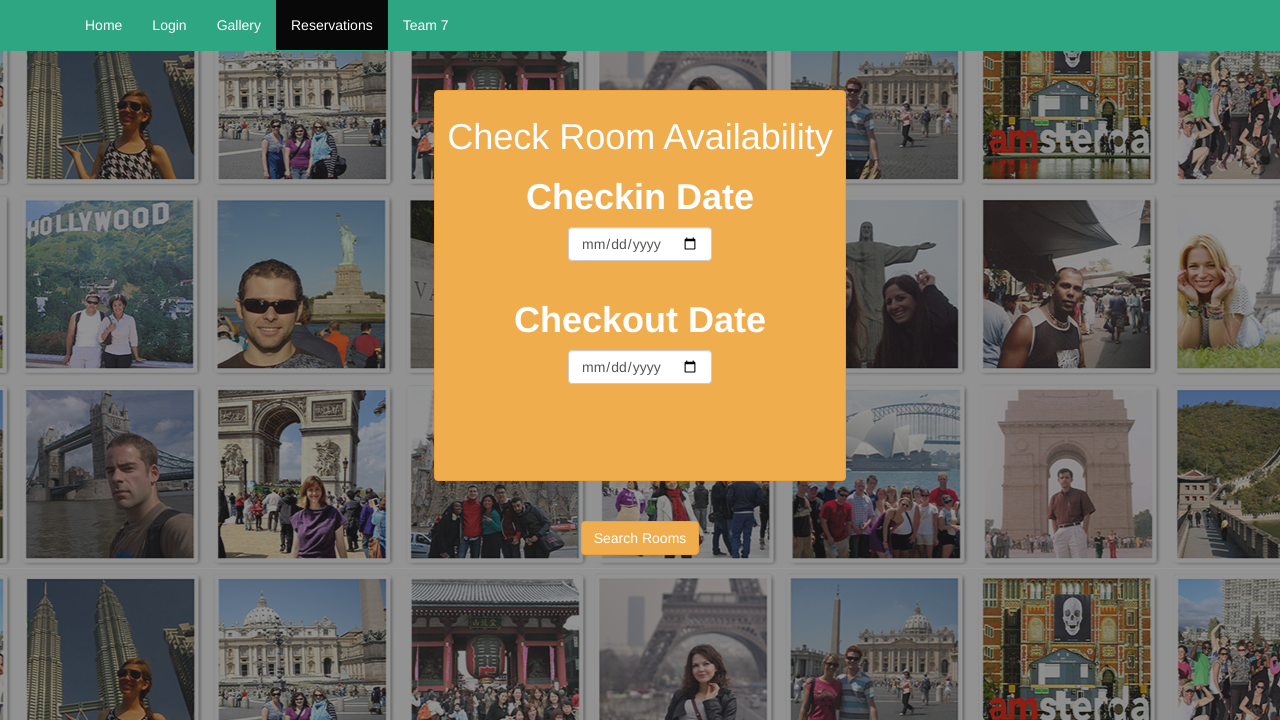
Repository: arjunshukla/CMPE-275_Team-07_Term-Project_Mini-Hotel-Manager
Page: NodeJS_webapp/client/chart.html
The author's editor kept a record of every edit. The page is drawn from the files as they stood at one moment, then again after the next edit.
The browser window is 1280 px wide. The pictures show the whole page.
Some web libraries are served in a nearby version.

Above is the page before.

After the next edit:
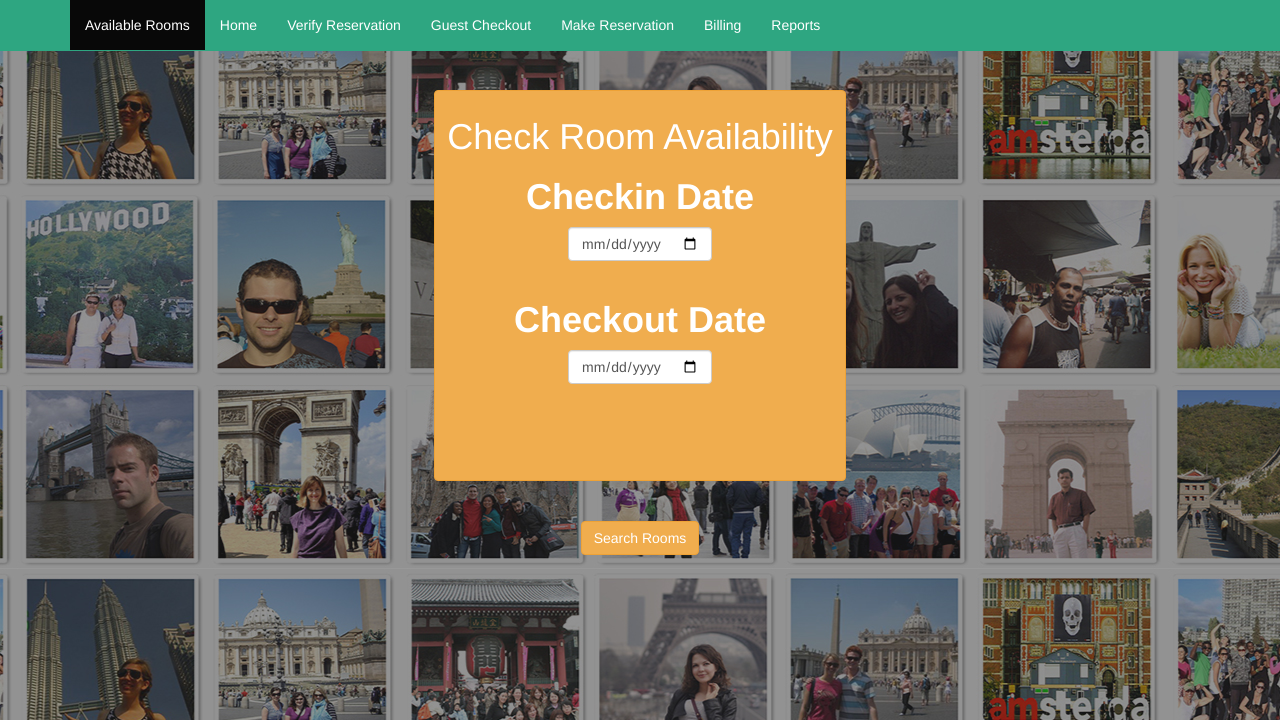
The edit:
--- a/NodeJS_webapp/client/chart.html
+++ b/NodeJS_webapp/client/chart.html
@@ -37,12 +37,13 @@
             </div>
             <div id="navbar" class="collapse navbar-collapse">
                 <ul class="nav navbar-nav">
-                    <li><a href="index.html">Home</a></li>
-                    <li><a href="login.html">Login</a></li>
-                    <!--<li><a href="what_is_pally_updated.html">What is Pally</a></li>-->
-                    <li><a href="hotel_gallery">Gallery</a></li>
-                    <li class="active"><a href="reservation.html">Reservations</a></li>
-                    <li><a href="meet_our_team.html">Team 7</a></li>
+                      <li class="active"><a href="availableRooms">Available Rooms</a></li>
+			<li><a href="index">Home</a></li>
+			 <li><a href="verifyReservation">Verify Reservation</a></li>
+            <li><a href="checkout">Guest Checkout</a></li>
+            <li><a href="makeReservation">Make Reservation</a></li>
+            <li><a href="billing">Billing</a></li>
+            <li><a href="report">Reports</a></li>
                 </ul>
             </div>
             <!--/.nav-collapse -->
